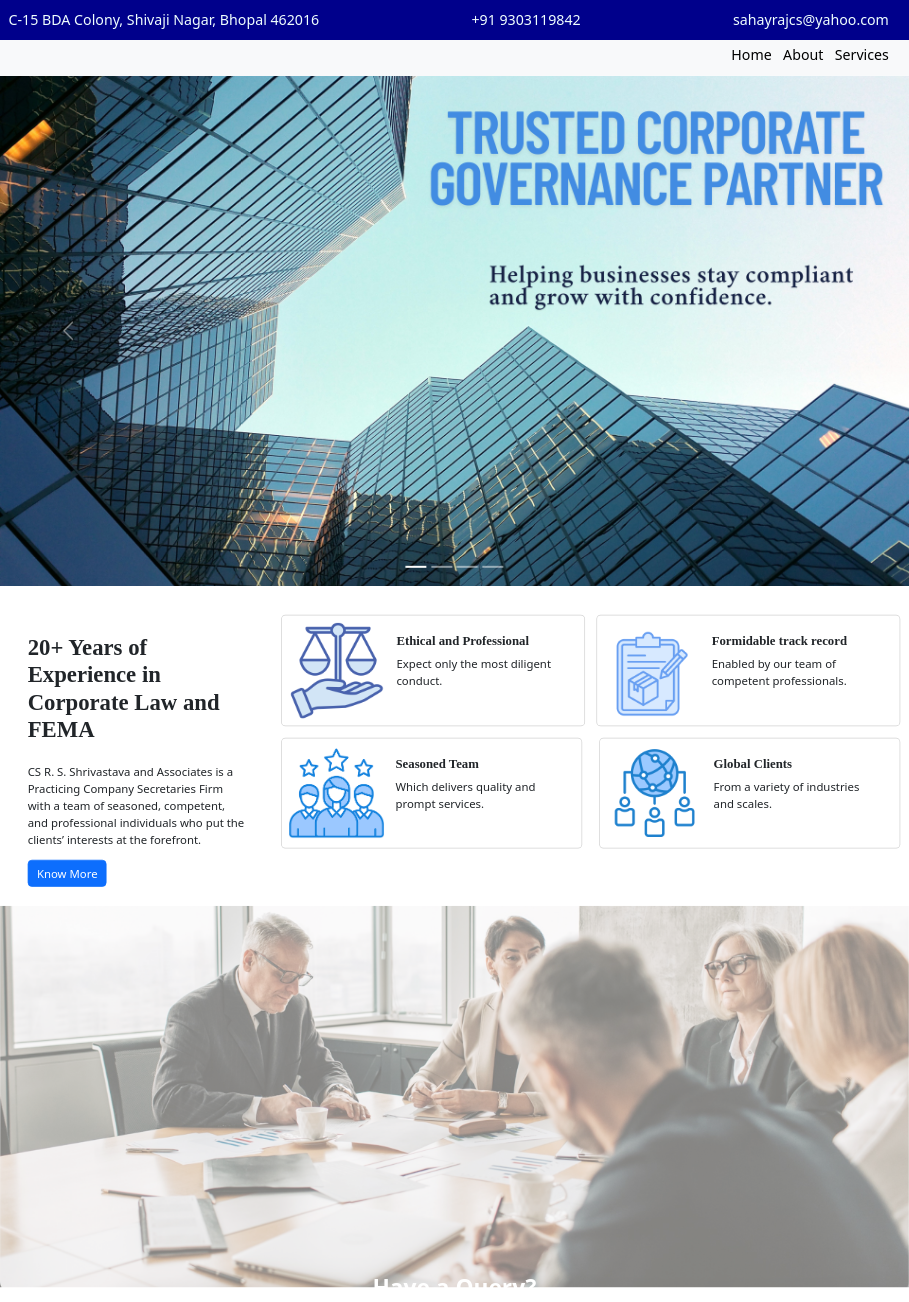
Repository: aayushiss/CS-RSS
Page: index.html
The author's editor kept a copy of each file at every save. The page is drawn from the files as they stood at one save, then again after the next save.
The browser window is 1280 px wide. The pictures show the whole page, at 71% of full size.

Above is the page before, as saved 2025-05-15 18:39:04.

After the next save:
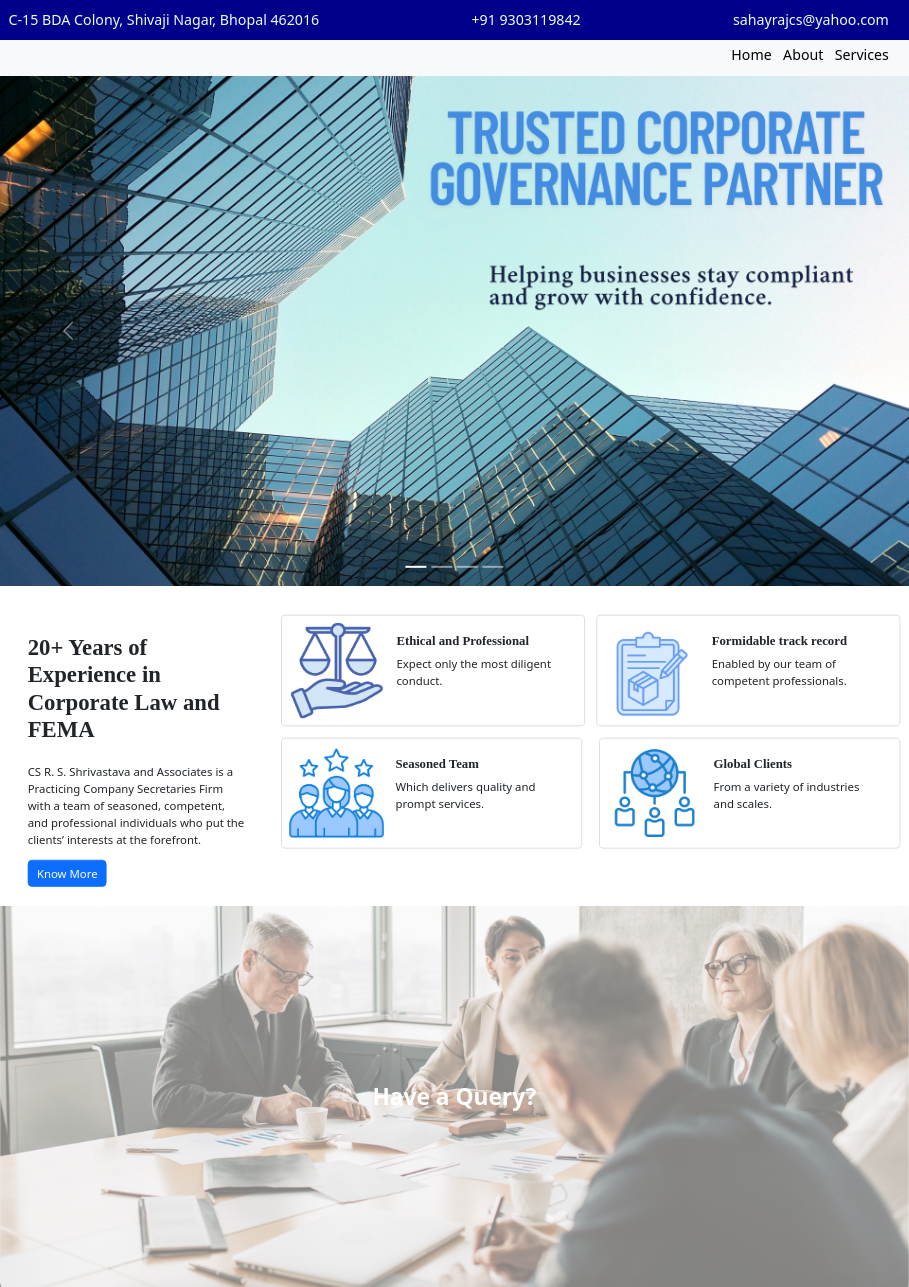
Saved 8 s later.
--- a/index.html
+++ b/index.html
@@ -157,7 +157,7 @@
 
       <div class="position-relative text-center">
       <img src="images/haveAQuery.jpg" class="img-fluid" alt="..." style="opacity: .5;">
-      <h2 class="position-absolute top-10 start-50 translate-middle text-white fw-bold">
+      <h2 class="position-absolute top-50 start-50 translate-middle text-white fw-bold">
         Have a Query?
       </h2>
     </div>

After the save that followed:
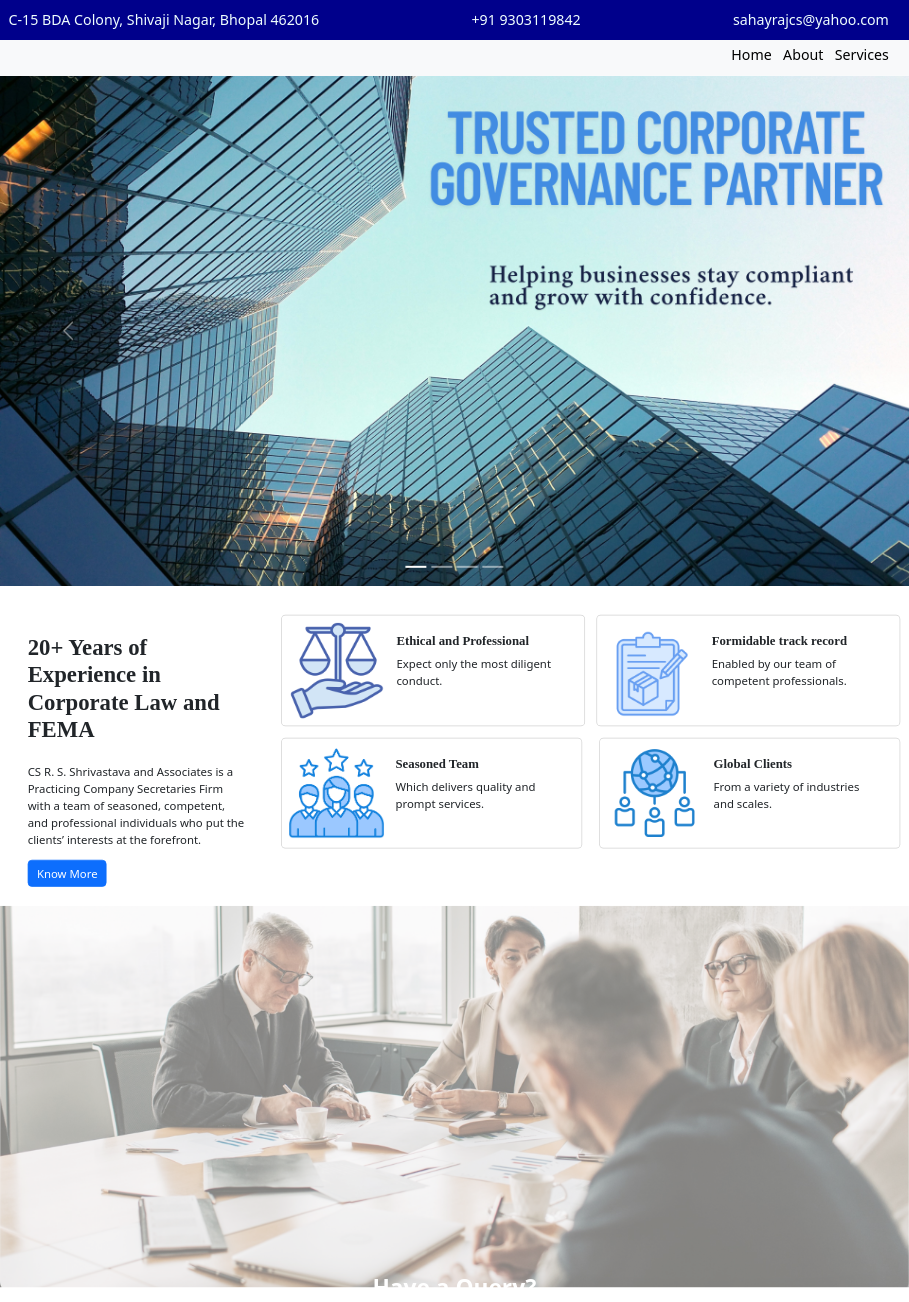
Saved 4 s later.
--- a/index.html
+++ b/index.html
@@ -157,7 +157,7 @@
 
       <div class="position-relative text-center">
       <img src="images/haveAQuery.jpg" class="img-fluid" alt="..." style="opacity: .5;">
-      <h2 class="position-absolute top-50 start-50 translate-middle text-white fw-bold">
+      <h2 class="position-absolute top-30 start-50 translate-middle text-white fw-bold">
         Have a Query?
       </h2>
     </div>
